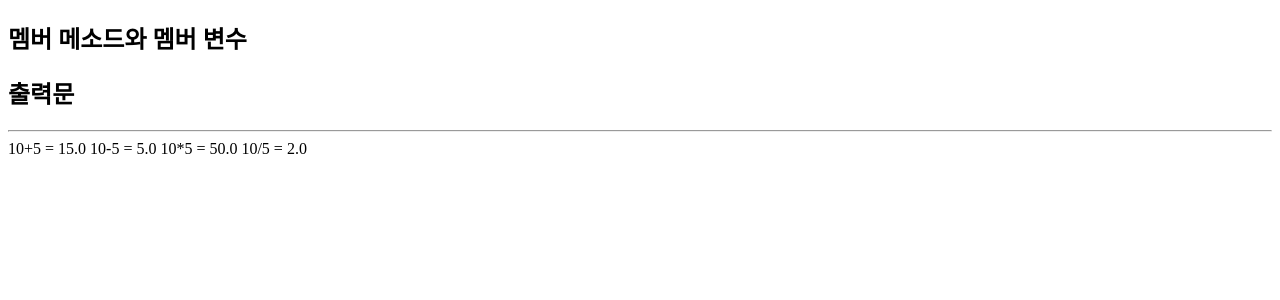
Repository: junirang330/Jsp2026
Page: http://localhost/chapter01/test04.jsp
The author's editor kept a copy of each file at every save. The page is drawn from the files as they stood at one save, then again after the next save.
The browser window is 1280 px wide. The pictures show the whole page.
The page is served by Tomcat 9.

Above is the page before, as saved 2026-10-16 03:03:23.

After the next save:
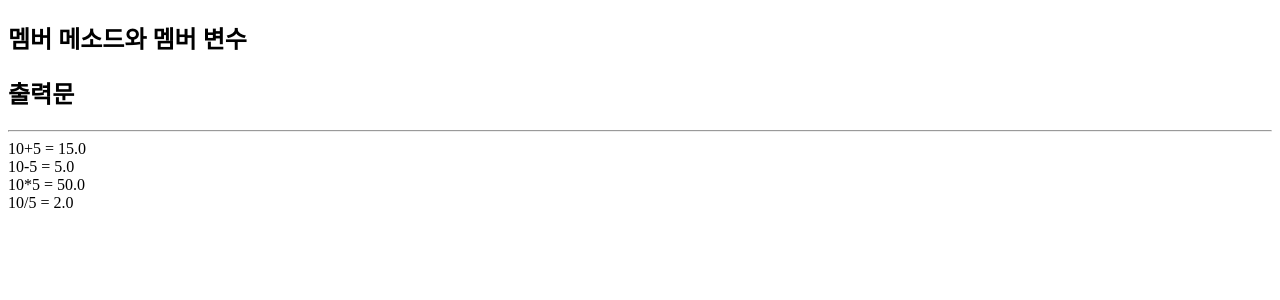
Saved 13 s later.
--- a/chapter01/src/main/webapp/test04.jsp
+++ b/chapter01/src/main/webapp/test04.jsp
@@ -35,10 +35,10 @@
 	%>
 	<h2>출력문</h2>
 	<hr/>
-	10+5 = <%= cal(10, 5, "+") %>
-	10-5 = <%= cal(10, 5, "-") %>
-	10*5 = <%= cal(10, 5, "*") %>
-	10/5 = <%= cal(10, 5, "/") %>
+	10+5 = <%= cal(10, 5, "+") %><br/>
+	10-5 = <%= cal(10, 5, "-") %><br/>
+	10*5 = <%= cal(10, 5, "*") %><br/>
+	10/5 = <%= cal(10, 5, "/") %><br/>
 
 
 </body>
